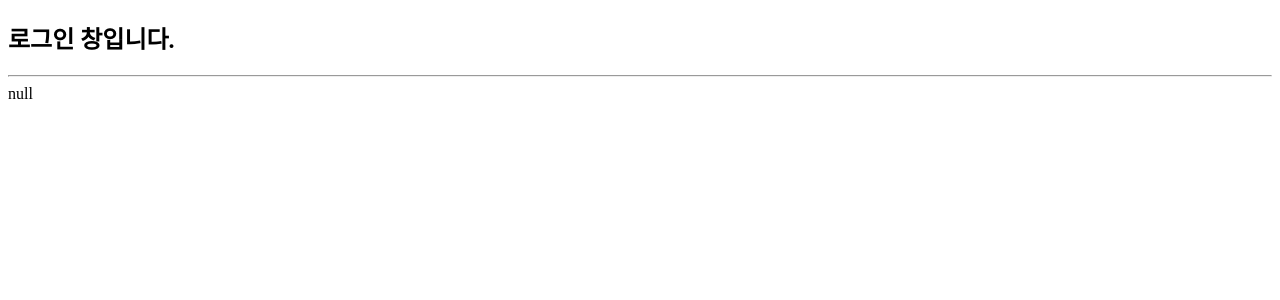
Repository: jjjjjjji-hun/jsp_practice
Page: http://localhost/JSPBasic/jspObject/1.requests/req_login_result.jsp
The author's editor kept a copy of each file at every save. The page is drawn from the files as they stood at one save, then again after the next save.
The browser window is 1280 px wide. The pictures show the whole page.
The page is served by Tomcat 9.

Above is the page before, as saved 2022-02-04 01:32:45.

### JSPBasic/src/main/webapp/jspObject/1.requests/req_login_result.jsp
<%@ page language="java" contentType="text/html; charset=UTF-8"
    pageEncoding="UTF-8"%>
<!DOCTYPE html>
<html>
<head>
<meta charset="UTF-8">
<title>Insert title here</title>
</head>
<body>
<%
	String id = request.getParameter("id");
	String pw = request.getParameter("pw");
%>

	<h2>로그인 창입니다.</h2>
	<hr>
<%=id %>
</body>
</html>

After the next save:
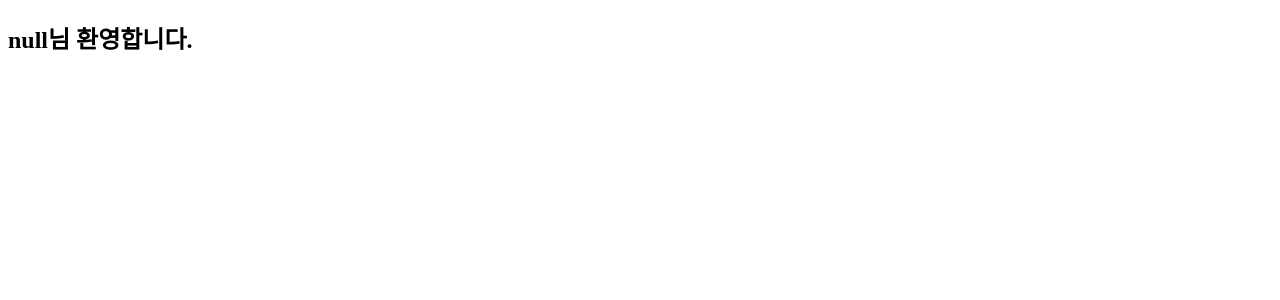
Saved 48 s later.
--- a/JSPBasic/src/main/webapp/jspObject/1.requests/req_login_result.jsp
+++ b/JSPBasic/src/main/webapp/jspObject/1.requests/req_login_result.jsp
@@ -12,8 +12,7 @@
 	String pw = request.getParameter("pw");
 %>
 
-	<h2>로그인 창입니다.</h2>
-	<hr>
-<%=id %>
+	<h2><%=id %>님 환영합니다.</h2>
+
 </body>
 </html>
